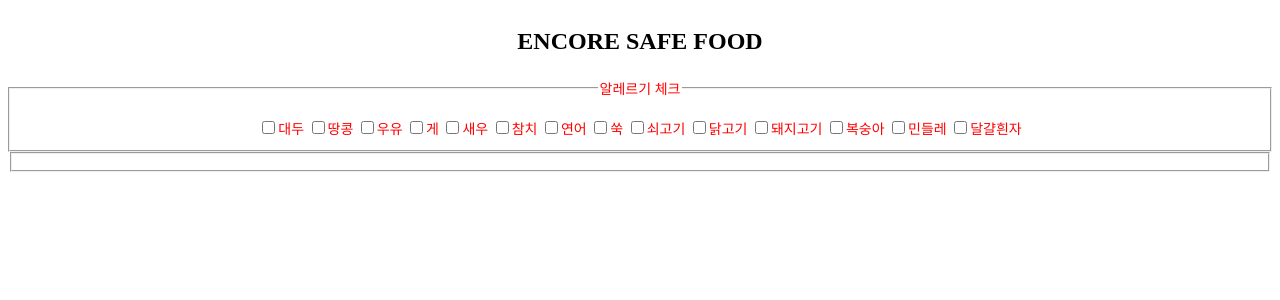
Repository: Migorithm/front_work
Page: front09_VUE/src/main/webapp/03_event/vue05_safeFood(computed).html
An editor plug-in stored every save of this project. The page is shown before and after the next save, followed by the edit.
The browser window is 1280 px wide. The pictures show the whole page.

Above is the page before, as saved 2021-09-10 02:44:29.

After the next save:
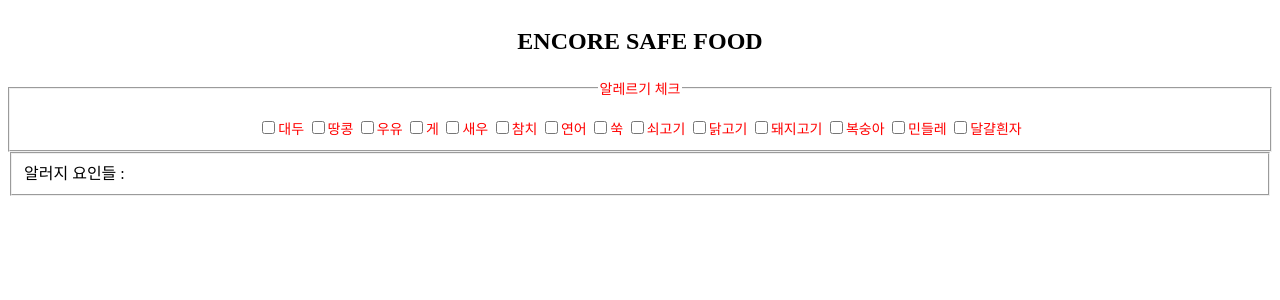
Saved 28 s later.
--- a/front09_VUE/src/main/webapp/03_event/vue05_safeFood(computed).html
+++ b/front09_VUE/src/main/webapp/03_event/vue05_safeFood(computed).html
@@ -35,7 +35,7 @@
 			<input type="checkbox" name="box" value="달걀흰자" v-model="alergen"><label>달걀흰자</label>
 		</fieldset>
 		<fieldset id="checkboxArea2"> <!-- 위에서 체크된 부분이 아래에 출력되도록 할 것. -->
-
+			알러지 요인들 : <span></span>
 		</fieldset>
 	</div>
 	<script>

After the 2 saves that followed:
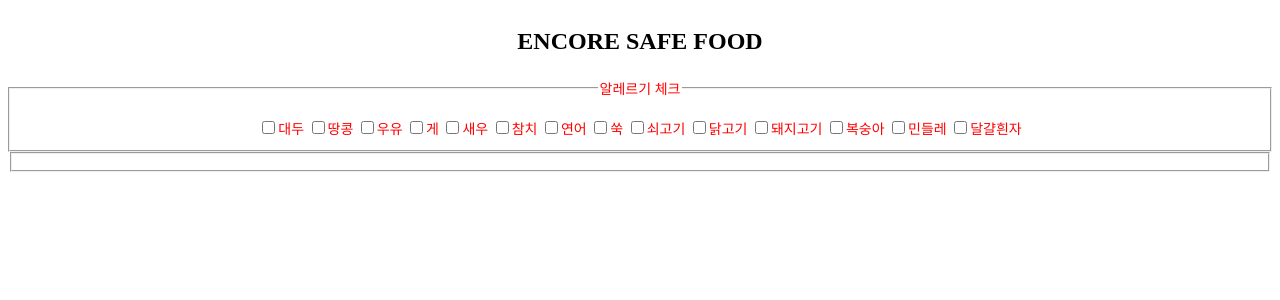
The 2 saves are shown as one change because 1 left the picture as it was.
The last was saved 2 min 17 s later.
--- a/front09_VUE/src/main/webapp/03_event/vue05_safeFood(computed).html
+++ b/front09_VUE/src/main/webapp/03_event/vue05_safeFood(computed).html
@@ -35,11 +35,15 @@
 			<input type="checkbox" name="box" value="달걀흰자" v-model="alergen"><label>달걀흰자</label>
 		</fieldset>
 		<fieldset id="checkboxArea2"> <!-- 위에서 체크된 부분이 아래에 출력되도록 할 것. -->
+			<template v-if="alergen.length >=1" v-for="al in alergen">
 			알러지 요인들 : <span></span>
+			</template>
 		</fieldset>
 	</div>
 	<script>
 		var app = new Vue({
+			el:"#app",
+			data:{alergen:[]}
 
 		})
 	</script>
